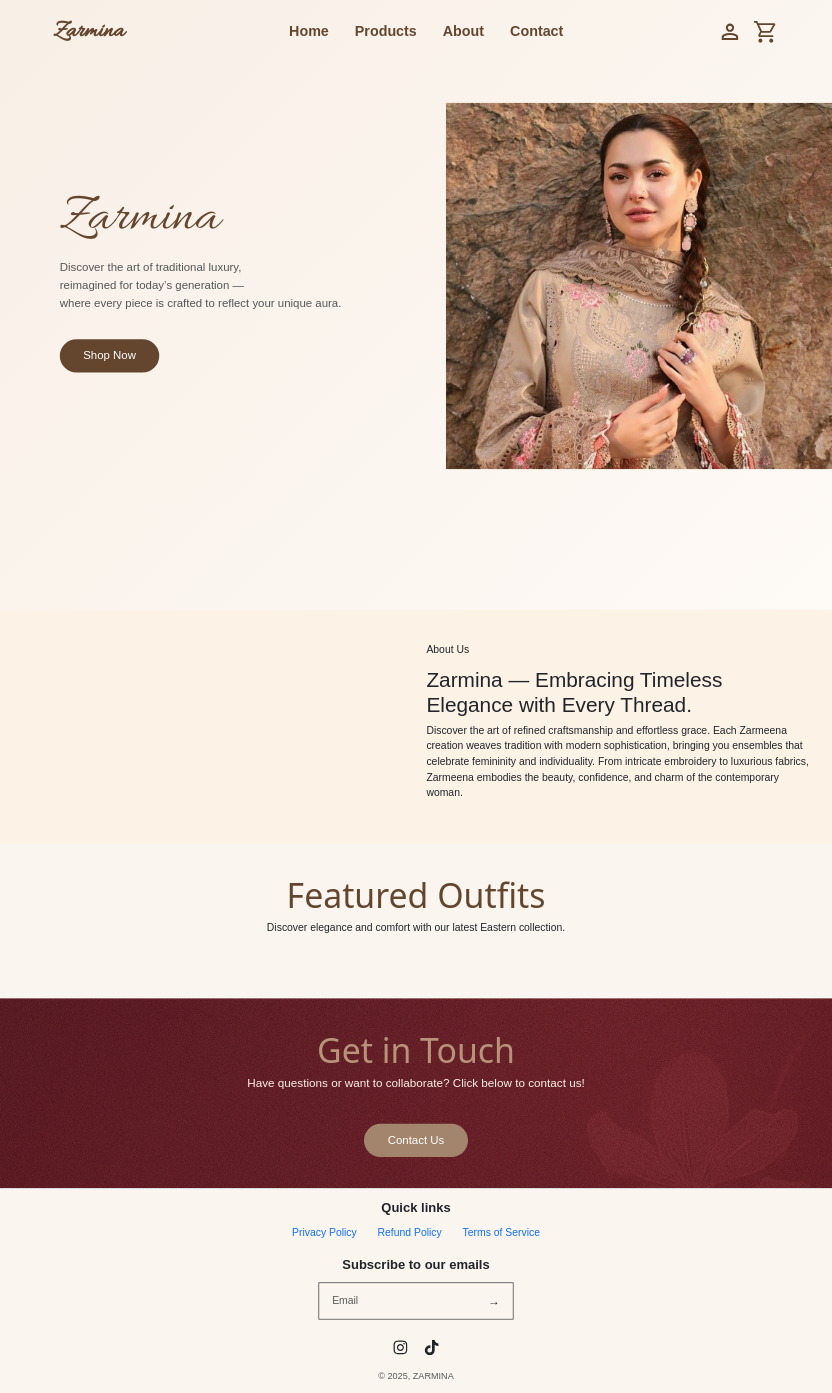
Repository: ayeshatehreem77/Clothing-store
Page: / (app in perfumes-app/)
These files come from the project's save history. The page is drawn as it stood at one moment and after the next save; the edit follows.
The browser window is 1280 px wide. The pictures show the whole page, at 65% of full size.
Pictures or frames that could not be fetched are drawn as grey boxes. The page's requests for data from a server got no answer. Some web fonts or font styles are not loaded; a fallback is used. The project was rebuilt for these pictures with package versions that can differ from the ones it lists, and the page was loaded fresh each time. No one was signed in, and anything a server would have sent is missing. Also part of the build but not shown: perfumes-app/src/components/Alert.js, perfumes-app/src/components/Reviews.js, perfumes-app/src/components/FeedbackForm.js.

Above is the page before, as saved 2025-11-03 14:37:16.

### perfumes-app/public/index.html
<!DOCTYPE html>
<html lang="en">

<head>
  <meta charset="utf-8" />
  <link rel="icon" href="%PUBLIC_URL%/favicon.ico" />
  <meta name="viewport" content="width=device-width, initial-scale=1" />
  <meta name="theme-color" content="#000000" />
  <meta name="description" content="Web site created using create-react-app" />
  <link rel="apple-touch-icon" href="%PUBLIC_URL%/logo192.png" />
  <!--
      manifest.json provides metadata used when your web app is installed on a
      user's mobile device or desktop. See https://developers.google.com/web/fundamentals/web-app-manifest/
    -->
  <link rel="manifest" href="%PUBLIC_URL%/manifest.json" />

  <title>Zarmina</title>

  <link rel="preconnect" href="https://fonts.googleapis.com">
  <link rel="preconnect" href="https://fonts.gstatic.com" crossorigin>
  <link
    href="https://fonts.googleapis.com/css2?family=Allura&family=Libertinus+Serif+Display&family=Lilita+One&display=swap"
    rel="stylesheet">

</head>

<body>
  <noscript>You need to enable JavaScript to run this app.</noscript>
  <div id="root"></div>
  <!--
      This HTML file is a template.
      If you open it directly in the browser, you will see an empty page.

      You can add webfonts, meta tags, or analytics to this file.
      The build step will place the bundled scripts into the <body> tag.

      To begin the development, run `npm start` or `yarn start`.
      To create a production bundle, use `npm run build` or `yarn build`.
    -->
</body>

</html>

### perfumes-app/src/index.js
import React from 'react';
import ReactDOM from 'react-dom/client';
import './index.css';
import 'bootstrap/dist/css/bootstrap.min.css';
import 'bootstrap/dist/js/bootstrap.bundle.min.js';
import App from './App';
import reportWebVitals from './reportWebVitals';
import { AuthProvider } from './context/AuthContext';

const root = ReactDOM.createRoot(document.getElementById('root'));
root.render(
  <React.StrictMode>
    <AuthProvider>
    <App />
    </AuthProvider>
  </React.StrictMode>
);

// If you want to start measuring performance in your app, pass a function
// to log results (for example: reportWebVitals(console.log))
// or send to an analytics endpoint. Learn more: https://bit.ly/CRA-vitals
reportWebVitals();

### perfumes-app/src/context/AuthContext.js
// src/context/AuthContext.js
import React, { createContext, useState, useEffect } from "react";
import axios from "axios";

export const AuthContext = createContext();

export const AuthProvider = ({ children }) => {
  const [user, setUser] = useState(null);

  // ✅ Fetch user details from backend using token
  const fetchUser = async () => {
    const token = localStorage.getItem("token");
    if (!token) return;

    try {
      const res = await axios.get("http://localhost:4000/auth/user", {
        headers: { Authorization: `Bearer ${token}` },
      });
      setUser(res.data); // { userId, email, role }
    } catch (err) {
      console.error("Failed to fetch user:", err);
      localStorage.removeItem("token");
      setUser(null);
    }
  };

  // ✅ Auto-fetch user on first render (if token exists)
  useEffect(() => {
    fetchUser();
  }, []);

  // ✅ Handle login
  const login = async (email, password) => {
    try {
      const res = await axios.post("http://localhost:4000/auth/login", {
        email,
        password,
      });

      // backend returns { authToken: "..." }
      const token = res.data.authToken;
      if (!token) throw new Error("No token returned");

      localStorage.setItem("token", token);
      await fetchUser(); // instantly update user

      return true; // success
    } catch (err) {
      console.error("Login error:", err.response?.data || err.message);
      throw err.response?.data?.message || "Login failed";
    }
  };

  // ✅ Handle logout
  const logout = () => {
    localStorage.removeItem("token");
    setUser(null);
  };

  return (
    <AuthContext.Provider value={{ user, login, logout, fetchUser }}>
      {children}
    </AuthContext.Provider>
  );
};

### perfumes-app/src/App.css
body {
  font-family: 'Poppins', sans-serif;
  background-color: #FBF5EF;
}

html {
  scroll-behavior: smooth;
}


.veloura-logo {
  font-family: "Allura", cursive;
  font-weight: 400;
  font-style: normal;
  font-size: 37px;
  color: #64462F !important;
}

.navbar {
  background: transparent !important;
}

button.navbar-toggler {
  border: none !important;
}

.navbar-toggler-icon {
  background-image: url("data:[embedded picture, 222 characters]");
}



.nav-link {
  color: #64462F !important;
  font-size: 22px;
  font-weight: 600;
}

.hero-section {
  background: linear-gradient(135deg, #f8efe6, #fefaf6);

  min-height: 100vh;
  display: flex;
  flex-direction: column;
  font-family: "Poppins", sans-serif;
}

/* =============== HERO LAYOUT =============== */
.hero-layout {
  display: flex;
  justify-content: center;
  align-items: flex-start;
  width: 100%;
  max-width: 1400px;
  height: 100vh;
  margin: 60px 0;

}

/* ---------- Left Section ---------- */
.hero-left {
  flex: 1 1;
  position: relative;
  margin: 133px 0px 0 92px;
}

.main-image {
  width: 100%;
  height: 564px;
  overflow: hidden;
  position: relative;
}

/* Make image fill box properly */
.main-image img {
  width: 100%;
  height: 100%;
  object-fit: cover;
  /* ✅ maintains aspect ratio without stretching */
  object-position: center;
  display: block;
}


.side-handle {
  position: absolute;
  left: -50px;
  bottom: 50%;
  transform: rotate(-90deg);
  font-size: 14px;
  color: #555;
  letter-spacing: 2px;
}

/* ---------- Right Section ---------- */
.hero-right {
  flex: 1;
  display: flex;
  flex-direction: column;
  justify-content: space-between;
  gap: 2rem;
}

/* Text Area */
.hero-text h2 {
  font-size: 1.6rem;
  color: #6c6c6c;
  margin-bottom: 5px;
  letter-spacing: 2px;
}

.hero-text h1 {
  font-family: "Allura", cursive;
  font-weight: 400;
  font-style: normal;
  font-size: 5.2rem;
  color: #64462F;
  line-height: 1.1;
}

.hero-text p {
  font-size: 1.1rem;
  color: #555;
  margin-top: 15px;
  line-height: 1.6;
}

.shop-btn {
  background-color: #64462F;
  color: white;
  border: none;
  padding: 12px 36px;
  border-radius: 40px;
  font-size: 1.1rem;
  margin-top: 25px;
  cursor: pointer;
  transition: background-color 0.3s ease;
}

.shop-btn:hover {
  background-color: #a3846d;
}

/* Small Image Grid */
.image-grid {
  display: grid;
  grid-template-columns: repeat(2, 1fr);
  gap: 20px;
}

.small-box {
  height: 200px;
  background-color: #93c5fd;
  border-radius: 12px;
}

/* =============== RESPONSIVE DESIGN =============== */
@media (max-width: 992px) {
  .hero-layout {
    flex-direction: column;
    text-align: center;
  }

  .side-handle {
    display: none;
  }

  .hero-text h1 {
    font-size: 3rem;
  }

  .main-image {
    height: 400px;
  }
}


.products-section h2 {
  font-family: "Libertinus Serif Display", system-ui;
  font-weight: 400;
  font-style: normal;
  font-size: 52px;
  color: #64462F;
}

.product-card {
  transition: all 0.3s ease-in-out;
  border-radius: 10px;
  background: transparent;
}

.card-img {
  border-radius: 10px;
  /* background: #FCF2E6; */
  background: #64462F;
}

.product-card:hover {
  transform: translateY(-5px);
}

.card-text,
.card-title {
  font-size: 23px;
  color: #64462F;
}

/* about us */

.aboutus {
  display: grid;
  grid-template-columns: 1fr 1fr;
  gap: 2rem;
  align-items: center;
  padding: 2rem;
  background: #FCF2E6;
}

.right-section video {
  width: 70%;
  max-height: 80vh;
  height: 100%;
  object-fit: cover;
  display: block;
}

/* product details */


.modal-header p {
  font-size: 14px;
  color: #451b277a;
}

.product-img {
  width: 100%;
  border-radius: 10px;
}

.product-title {
  font-family: "Libertinus Serif Display", system-ui;
  font-weight: 400;
  font-style: normal;
  font-size: 36px;
  color: #64462F;
}



.modal-content {
  background: #FCF2E6 !important;
  margin: auto !important;
  height: auto;
  overflow: hidden;
}

.breadcrumb-item a {
  text-decoration: none !important;
  color: black !important;
}

.modal-dialog {
  max-width: 900px;
  display: flex;
  align-items: center;
  justify-content: center;
  min-height: calc(100vh - 2rem);
  /* keeps it centered */
}

/* Optional - pretty scrollbar inside modal */
.modal-content::-webkit-scrollbar {
  width: 8px;
}

.modal-content::-webkit-scrollbar-thumb {
  background: #d4b191;
  border-radius: 10px;
}

.modal-content::-webkit-scrollbar-thumb:hover {
  background: #b8937a;
}

.modal-body {
  padding: 2rem !important;
}

.gender,
.concentration {
  background-color: #D4B191;
  border-radius: 21%;
  padding: 6px 11px;
  margin-bottom: 5px;
}

.add-cart-btn {
  margin-top: 1rem;
  background-color: #D4B191;
  padding: 10px 25px;
  color: #451B27;
  font-weight: 600;
}

.product-detail {
  margin-top: 0;
  margin-bottom: 1rem;
  font-size: 13px;
  color: #8b745e;
}

.btn-close:focus {
  box-shadow: none !important;
  outline: none !important;
}

/* contact us */

.contact-us {
  background-image: url("Assets/contactus2-bg.png");
  background-position: center;
  background-repeat: no-repeat;
  background-size: cover;
}

.contact-section h2 {
  font-family: "Libertinus Serif Display", system-ui;
  font-weight: 400;
  font-style: normal;
  font-size: 52px;
  color: #b8937a;
  text-align: center;
}

.contact-section p {
  font-size: 18px;
  color: #FCF2E6;
  /* accent purple */
  margin-bottom: 3rem;
  text-align: center;
}

.contact-form {
  max-width: 600px;
  margin: 0 auto;
  display: grid;
  gap: 1.5rem;
}

.contact-form input,
.contact-form textarea {
  padding: 1rem 1.2rem;
  border: 2px solid #D4B191;
  /* brand pink/gold */
  border-radius: 10px;
  font-size: 16px;
  width: 100%;
  outline: none;
  transition: border 0.3s, box-shadow 0.3s;
}

.contact-form input:focus,
.contact-form textarea:focus {
  border-color: #5E1E27;
  /* pink highlight */
  box-shadow: 0 0 10px rgba(252, 65, 90, 0.2);
}

.contact-btn {
  background-color: #A3846D;
}

.contact-btn:hover {
  background-color: #7a5e4e;
  color: #fff;
}

.contact-form button {
  background-color: #D4B191;
  color: #451B27;
  padding: 1rem 2.5rem;
  font-size: 18px;
  font-weight: 600;
  border: none;
  border-radius: 10px;
  cursor: pointer;
  transition: transform 0.3s, background 0.3s;
}

.rev-name {
  margin: auto;
  background-color: transparent;
  width: 100%;
}

.contact-form button:hover {
  background-color: #5E1E27;
  color: #fff;
  transform: scale(1.05);
}

/* Responsive */
@media (max-width: 768px) {
  .contact-form {
    gap: 1rem;
  }

  .contact-section h2 {
    font-size: 36px;
  }

  .contact-section p {
    font-size: 16px;
  }
}

/* Copyright */


 footer {
    position: relative;
    bottom: 0;
    width: 100%;
    background-color: transparent;
}


/* login modal */

.auth-modal-content {
  background-color: #fdf7f2 !important;
  border-radius: 16px;
  border: none;
  box-shadow: 0 4px 20px rgba(0, 0, 0, 0.1);
  height: 90vh !important;
  width: 70%;
}

.auth-title {
  color: #4c0d23;
  font-weight: 700;
}

.auth-login-btn {
  background-color: #4c0d23;
  color: #fff;
  border-radius: 12px;
  transition: background-color 0.3s ease;
}

.auth-login-btn:hover {
  background-color: #300818;
}

.auth-signup-btn {
  border: 2px solid #b8860b;
  color: #b8860b;
  border-radius: 12px;
  background-color: transparent;
  transition: all 0.3s ease;
}

.auth-signup-btn:hover {
  background-color: #b8860b;
  color: #fff;
}

.auth-forgot-link {
  color: #4c0d23;
  text-decoration: none;
  font-weight: 500;
}

.auth-forgot-link:hover {
  text-decoration: underline;
}

.authfade-enter {
  opacity: 0;
  transform: translateY(10px);
}

.authfade-enter-active {
  opacity: 1;
  transform: translateY(0);
  transition: opacity 300ms ease, transform 300ms ease;
}

.authfade-exit {
  opacity: 1;
  transform: translateY(0);
}

.authfade-exit-active {
  opacity: 0;
  transform: translateY(-10px);
  transition: opacity 300ms ease, transform 300ms ease;
}

### perfumes-app/src/components/Aboutus.js
import React, { useEffect, useRef } from 'react';

function Aboutus() {
  const videoRef = useRef(null);

  useEffect(() => {
    if (videoRef.current) {
      const playPromise = videoRef.current.play();
      if (playPromise !== undefined) {
        playPromise.catch((error) => {
          console.log("Autoplay prevented:", error);
        });
      }
    }
  }, []);

  return (
    <div id='about' className="aboutus" style={{  }}>
      <div className="right-section">
        <video
          ref={videoRef}
          autoPlay
          muted
          loop
          playsInline
          style={{ width: "100%", height: "auto", objectFit: "cover" }}
        >
          <source src="/assets/aboutusvideo.mp4" type="video/mp4" />
          Your browser does not support the video tag.
        </video>
      </div>
      <div className="left-section">
        <p>About Us</p>
        <h2>
         Zarmina — Embracing Timeless Elegance with Every Thread.
        </h2>
        <p>Discover the art of refined craftsmanship and effortless grace. Each Zarmeena creation weaves tradition with modern sophistication, bringing you ensembles that celebrate femininity and individuality. From intricate embroidery to luxurious fabrics, Zarmeena embodies the beauty, confidence, and charm of the contemporary woman.</p>
      </div>
    </div>
  );
}

export default Aboutus;

### perfumes-app/src/components/ContactForm.js
import React from 'react'

function ContactForm() {
  return (
    <div className='contact-us align-center text-center'>
        <div className='contact-section pt-5'>
      <h2>
        Get in Touch
      </h2>
      <p>
        Have questions or want to collaborate? Click below to contact us!
      </p>
        </div>
      <button
        type="button"
        className="btn btn-lg mb-5 mt-0 shop-btn contact-btn"
        data-bs-toggle="modal"
        data-bs-target="#contactModal"
      >
        Contact Us
      </button>
    </div>
  )
}

export default ContactForm

### perfumes-app/src/components/Hero.js
import React from "react";
import Navbar from "./Navbar";

function Hero() {
  return (
    <div className="hero-section">
      <Navbar />

      <div className="hero-layout">
        {/* Left Main Image Box */}
        <div className="hero-left">
          <div className="hero-text">
            <h1>Zarmina</h1>
            <p>
              Discover the art of traditional luxury, <br/> reimagined for today’s generation — <br/> where every piece is crafted to reflect your unique aura.
            </p>
            <button className="shop-btn">Shop Now</button>
          </div>
        </div>

        {/* Right Side Content */}
        <div className="hero-right">
          <div className="main-image">
            <img src="assets/hero-img1.jpg" alt="" />
          </div>
        </div>
      </div>
    </div>
  );
}

export default Hero;

### perfumes-app/src/components/Products.js
import React, { useEffect, useState } from "react";

function Products({ setSelectedProduct }) {
  const [products, setProducts] = useState([]);
  const [loading, setLoading] = useState(true);

  useEffect(() => {
    const fetchProducts = async () => {
      try {
        const res = await fetch("http://localhost:4000/products");
        const data = await res.json();

        console.log("Fetched products:", data); // 👀 check console to confirm shape
        // Adjust depending on your backend response
        setProducts(data.data || data);
      } catch (error) {
        console.error("Failed to fetch products:", error);
      } finally {
        setLoading(false);
      }
    };

    fetchProducts();
  }, []);

  if (loading) return <p className="text-center">Loading products...</p>;

  return (
    <div id="products" className="products-section py-5">
      <div className="container w-75">
        <div className="product-text text-center mb-5">
          <h2>Featured Outfits</h2>
          <p className="mx-5 mb-5">
            Discover elegance and comfort with our latest Eastern collection.
          </p>
        </div>

        <div className="row">
          {products.map((product) => (
            <div className="col-md-4 mb-4" key={product._id}>
              <div
                className="card border-0 product-card h-100"
                data-bs-toggle="modal"
                data-bs-target="#productsDetails"
                onClick={() => setSelectedProduct(product)}
              >
                <img
                   src={`http://localhost:4000${product.images?.[0]}`}
                  className="card-img card-img-top"
                  alt={product.name}
                />
                <div className="card-body text-center">
                  <h5 className="card-title">{product.name}</h5>
                  <p className="card-text text-muted">Rs. {product.price}</p>
                </div>
              </div>
            </div>
          ))}
        </div>
      </div>
    </div>
  );
}

export default Products;

### perfumes-app/src/components/Navbar.js
import React, { useContext } from "react";
import { AuthContext } from "../context/AuthContext";

function Navbar() {
  const { user, logout } = useContext(AuthContext);

  return (
    <nav className="navbar navbar-expand-lg py-3">
      <div className="container d-flex justify-content-between align-items-center">
        <a className="navbar-brand fw-bold veloura-logo" href="/">
          Zarmina
        </a>

        <ul className="navbar-nav mx-auto d-lg-flex flex-row gap-4">
          <li className="nav-item"><a className="nav-link" href="/">Home</a></li>
          <li className="nav-item"><a className="nav-link" href="#products">Products</a></li>
          <li className="nav-item"><a className="nav-link" href="#about">About</a></li>
          <li className="nav-item">
            <a className="nav-link" href="/" data-bs-toggle="modal" data-bs-target="#contactModal">Contact</a>
          </li>
        </ul>

        <div className="d-none d-lg-flex align-items-center gap-3">
            <a
              className="nav-link p-0"
              href="#"
              data-bs-toggle="modal"
              data-bs-target="#authModal"
            >
              <svg xmlns="http://www.w3.org/2000/svg" height="38px" viewBox="0 -960 960 960" width="38px" fill="#64462F"><path d="M480-480q-66 0-113-47t-47-113q0-66 47-113t113-47q66 0 113 47t47 113q0 66-47 113t-113 47ZM160-160v-112q0-34 17.5-62.5T224-378q62-31 126-46.5T480-440q66 0 130 15.5T736-378q29 15 46.5 43.5T800-272v112H160Zm80-80h480v-32q0-11-5.5-20T700-306q-54-27-109-40.5T480-360q-56 0-111 13.5T260-306q-9 5-14.5 14t-5.5 20v32Zm240-320q33 0 56.5-23.5T560-640q0-33-23.5-56.5T480-720q-33 0-56.5 23.5T400-640q0 33 23.5 56.5T480-560Zm0-80Zm0 400Z" /></svg>
            </a>

          <a
            href="#"
            className="nav-link"
            data-bs-toggle="modal"
            data-bs-target="#cartModal"
          >
            <svg xmlns="http://www.w3.org/2000/svg" height="40px" viewBox="0 -960 960 960" width="40px" fill="#64462F"><path d="M284.53-80.67q-30.86 0-52.7-21.97Q210-124.62 210-155.47q0-30.86 21.98-52.7Q253.95-230 284.81-230t52.69 21.98q21.83 21.97 21.83 52.83t-21.97 52.69q-21.98 21.83-52.83 21.83Zm400 0q-30.86 0-52.7-21.97Q610-124.62 610-155.47q0-30.86 21.98-52.7Q653.95-230 684.81-230t52.69 21.98q21.83 21.97 21.83 52.83t-21.97 52.69q-21.98 21.83-52.83 21.83ZM238.67-734 344-515.33h285.33l120-218.67H238.67ZM206-800.67h589.38q22.98 0 34.97 20.84 11.98 20.83.32 41.83L693.33-490.67q-11 19.34-28.87 30.67-17.87 11.33-39.13 11.33H324l-52 96h487.33V-286H278q-43 0-63-31.83-20-31.84-.33-68.17l60.66-111.33-149.33-316H47.33V-880h121.34L206-800.67Zm138 285.34h285.33H344Z"/></svg>
          </a>
        </div>
      </div>
    </nav>
  );
}

export default Navbar;

### perfumes-app/src/components/Checkout.js
import React, { useState } from "react";
import axios from "axios";

const Checkout = ({ cartItems, token, onOrderPlaced }) => {
    const [cartItemsState, setCartItems] = useState(cartItems);
    const [loading, setLoading] = useState(false);
    const [message, setMessage] = useState("");

    const totalPrice = cartItems.reduce(
  (sum, item) => sum + ((item.product?.price || item.price || 0) * item.quantity),
  0
);



    const handleCheckout = async () => {
        if (!cartItemsState.length) return setMessage("Your cart is empty.");

        setLoading(true);
        setMessage("");

        const orderData = {
            products: cartItemsState.map((item) => ({
                productId: item._id,
                quantity: item.quantity,
            })),
            totalPrice,
        };

        console.log("🛒 Sending order data:", orderData);

        try {
            const res = await axios.post("http://localhost:4000/orders", orderData, {
                headers: {
                    Authorization: `Bearer ${token}`,
                },
            });

            setMessage("✅ Order placed successfully!");
            console.log("✅ Order Response:", res.data);

            if (onOrderPlaced) onOrderPlaced(res.data);
        } catch (err) {
            console.error("❌ Checkout error:", err.response?.data || err.message);
            setMessage("❌ Failed to place order. Try again.");
        } finally {
            setLoading(false);
        }
    };

    return (
        <div className="container py-5">
            <h2 className="fw-bold mb-4">Checkout</h2>

            <ul className="list-group mb-3">
                {cartItemsState.map((item) => (
                    <li
                        key={item._id}
                        className="list-group-item d-flex justify-content-between align-items-center"
                    >
                        {item.product?.name} × {item.quantity}
                        <span>${(item.product?.price || 0) * item.quantity}</span>
                    </li>
                ))}
            </ul>

            <h5 className="mb-4">Total: ${totalPrice}</h5>

            <button
                className="btn btn-dark px-4"
                onClick={handleCheckout}
                disabled={loading}
            >
                {loading ? "Placing Order..." : "Place Order"}
            </button>

            {message && <p className="mt-3">{message}</p>}
        </div>
    );
};

export default Checkout;

Loaded but not shown: perfumes-app/src/index.css (common file); perfumes-app/src/reportWebVitals.js (common file); perfumes-app/src/components/Login.js (294 lines, source omitted); perfumes-app/src/components/AddToCart.js (212 lines, source omitted); perfumes-app/src/components/ProductsDetails.js (173 lines, source omitted); perfumes-app/src/components/Footer.js (116 lines, source omitted); perfumes-app/src/components/ContactModal.js (121 lines, source omitted); perfumes-app/src/App.js (116 lines, source omitted)

After the next save:
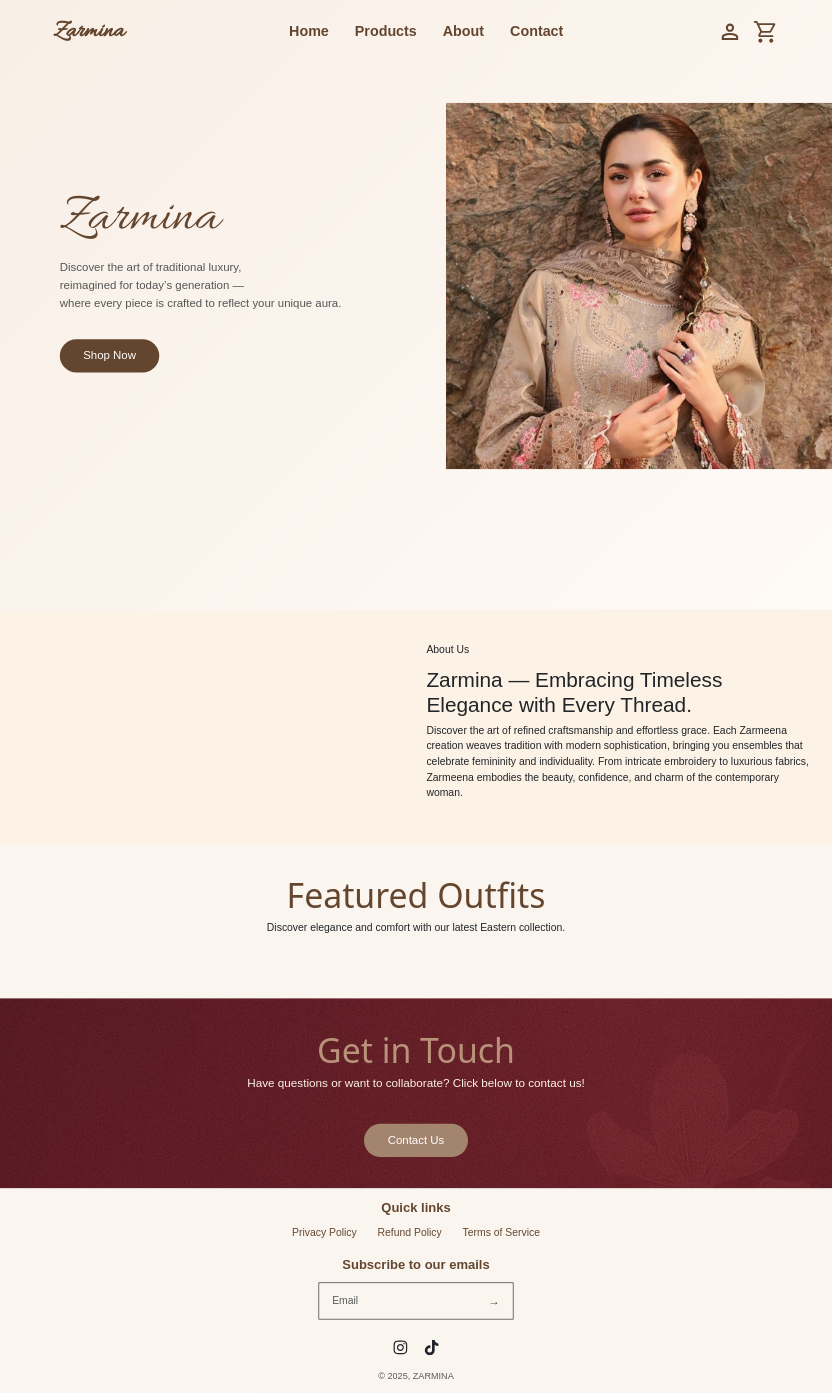
Saved 59 s later.
--- a/perfumes-app/src/App.css
+++ b/perfumes-app/src/App.css
@@ -424,6 +424,10 @@ button.navbar-toggler {
     background-color: transparent;
 }
 
+.footer-text {
+  color: #64462F;
+}
+
 
 /* login modal */
 
